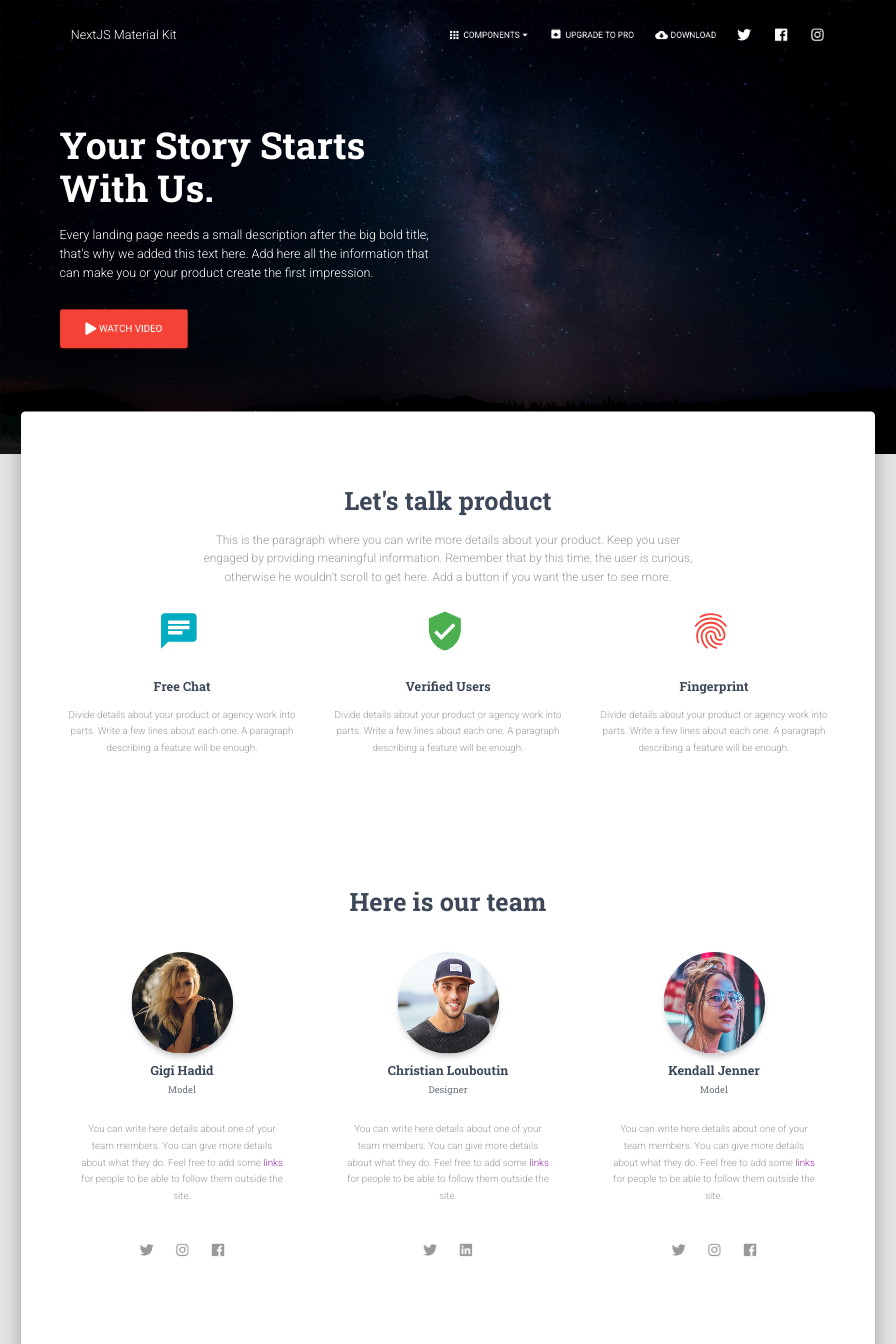
Repository: marcusdashe/bimuan-tech
Page: /
The author's editor kept a copy of each file at every save. The page is drawn from the files as they stood at one save, then again after the next save.
The browser window is 1280 px wide. The pictures show the part of the page from y = 0 to 1920 px (the page is 2679 px tall), at 70% of full size.
Some web libraries are served in a nearby version. The project was rebuilt for these pictures with package versions that can differ from the ones it lists, and the page was loaded fresh each time. The framework's server and built-in components were replaced by stand-ins that run in the browser. Also part of the build but not shown: next.config.js.

Above is the page before, as saved 2023-10-30 13:26:32.

### pages/_app.js
/*!

=========================================================
* NextJS Material Kit v1.2.2 based on Material Kit Free - v2.0.2 (Bootstrap 4.0.0 Final Edition) and Material Kit React v1.8.0
=========================================================

* Product Page: https://www.creative-tim.com/product/nextjs-material-kit
* Copyright 2023 Creative Tim (https://www.creative-tim.com)
* Licensed under MIT (https://github.com/creativetimofficial/nextjs-material-kit/blob/main/LICENSE.md)

* Coded by Creative Tim

=========================================================

* The above copyright notice and this permission notice shall be included in all copies or substantial portions of the Software.

*/
import React from "react";
import App from "next/app";
import Head from "next/head";
import "/styles/scss/nextjs-material-kit.scss?v=1.2.0";

export default class MyApp extends App {
  componentDidMount() {
    let comment = document.createComment(`

=========================================================
* NextJS Material Kit v1.2.2 based on Material Kit Free - v2.0.2 (Bootstrap 4.0.0 Final Edition) and Material Kit React v1.8.0
=========================================================

* Product Page: https://www.creative-tim.com/product/nextjs-material-kit
* Copyright 2023 Creative Tim (https://www.creative-tim.com)
* Licensed under MIT (https://github.com/creativetimofficial/nextjs-material-kit/blob/main/LICENSE.md)

* Coded by Creative Tim

=========================================================

* The above copyright notice and this permission notice shall be included in all copies or substantial portions of the Software.

`);
    document.insertBefore(comment, document.documentElement);
  }
  static async getInitialProps({ Component, router, ctx }) {
    let pageProps = {};

    if (Component.getInitialProps) {
      pageProps = await Component.getInitialProps(ctx);
    }

    return { pageProps };
  }
  render() {
    const { Component, pageProps } = this.props;

    return (
      <React.Fragment>
        <Head>
          <meta
            name="viewport"
            content="width=device-width, initial-scale=1, shrink-to-fit=no"
          />
          <title>Bimuan Technologies</title>
        </Head>
        <Component {...pageProps} />
      </React.Fragment>
    );
  }
}

### pages/index.js
// import React, { Component } from "react";
// import Router from "next/router";

// export default class Index extends Component {
//   componentDidMount = () => {
//     Router.push("/components");
//   };

//   render() {
//     return <div />;
//   }
// }

import React from "react";
// nodejs library that concatenates classes
import classNames from "classnames";
// @material-ui/core components
import { makeStyles } from "@material-ui/core/styles";

// @material-ui/icons

// core components
import Header from "/components/Header/Header.js";
import Footer from "/components/Footer/Footer.js";
import GridContainer from "/components/Grid/GridContainer.js";
import GridItem from "/components/Grid/GridItem.js";
import Button from "/components/CustomButtons/Button.js";
import HeaderLinks from "/components/Header/HeaderLinks.js";
import Parallax from "/components/Parallax/Parallax.js";

import styles from "/styles/jss/nextjs-material-kit/pages/landingPage.js";

// Sections for this page
import ProductSection from "/pages-sections/LandingPage-Sections/ProductSection.js";
import TeamSection from "/pages-sections/LandingPage-Sections/TeamSection.js";
import WorkSection from "/pages-sections/LandingPage-Sections/WorkSection.js";

const dashboardRoutes = [];

const useStyles = makeStyles(styles);

export default function LandingPage(props) {
  const classes = useStyles();
  const { ...rest } = props;
  return (
    <div>
      <Header
        color="transparent"
        routes={dashboardRoutes}
        brand="NextJS Material Kit"
        rightLinks={<HeaderLinks />}
        fixed
        changeColorOnScroll={{
          height: 400,
          color: "white",
        }}
        {...rest}
      />
      <Parallax filter responsive image="/img/landing-bg.jpg">
        <div className={classes.container}>
          <GridContainer>
            <GridItem xs={12} sm={12} md={6}>
              <h1 className={classes.title}>Your Story Starts With Us.</h1>
              <h4>
                Every landing page needs a small description after the big bold
                title, that{"'"}s why we added this text here. Add here all the
                information that can make you or your product create the first
                impression.
              </h4>
              <br />
              <Button
                color="danger"
                size="lg"
                href="https://www.youtube.com/watch?v=dQw4w9WgXcQ&ref=creativetim"
                target="_blank"
                rel="noopener noreferrer"
              >
                <i className="fas fa-play" />
                Watch video
              </Button>
            </GridItem>
          </GridContainer>
        </div>
      </Parallax>
      <div className={classNames(classes.main, classes.mainRaised)}>
        <div className={classes.container}>
          <ProductSection />
          <TeamSection />
          <WorkSection />
        </div>
      </div>
      <Footer />
    </div>
  );
}

### styles/scss/nextjs-material-kit.scss
/*!

=========================================================
* NextJS Material Kit v1.2.2 based on Material Kit Free - v2.0.2 (Bootstrap 4.0.0 Final Edition) and Material Kit React v1.8.0
=========================================================

* Product Page: https://www.creative-tim.com/product/nextjs-material-kit
* Copyright 2023 Creative Tim (https://www.creative-tim.com)
* Licensed under MIT (https://github.com/creativetimofficial/nextjs-material-kit/blob/main/LICENSE.md)

* Coded by Creative Tim

=========================================================

* The above copyright notice and this permission notice shall be included in all copies or substantial portions of the Software.

*/
@import "core/variables";
@import "core/mixins";

// Core Components
@import "core/misc";
@import "core/page-transition";

// Core Plugins

// @import "plugins/plugin-datetime-picker";
@import "plugins/plugin-nouislider";
@import "plugins/plugin-react-datetime";
@import "plugins/plugin-react-slick";

### styles/scss/core/variables/_shadow.scss
// Shadows (originally from mdl http://www.getmdl.io/)
$bmd-shadow-umbra-opacity: 0.2 !default;
$bmd-shadow-penumbra-opacity: 0.14 !default;
$bmd-shadow-ambient-opacity: 0.12 !default;

// Declare the following for reuse with both mixins and the bootstrap variables
$bmd-shadow-focus: 0 0 8px rgba($black, 0.18), 0 8px 16px rgba($black, 0.36);

$bmd-shadow-2dp: 0 2px 2px 0 rgba($black, $bmd-shadow-penumbra-opacity),
  0 3px 1px -2px rgba($black, $bmd-shadow-umbra-opacity),
  0 1px 5px 0 rgba($black, $bmd-shadow-ambient-opacity);

$bmd-shadow-3dp: 0 3px 4px 0 rgba($black, $bmd-shadow-penumbra-opacity),
  0 3px 3px -2px rgba($black, $bmd-shadow-umbra-opacity),
  0 1px 8px 0 rgba($black, $bmd-shadow-ambient-opacity);

$bmd-shadow-4dp: 0 4px 5px 0 rgba($black, $bmd-shadow-penumbra-opacity),
  0 1px 10px 0 rgba($black, $bmd-shadow-ambient-opacity),
  0 2px 4px -1px rgba($black, $bmd-shadow-umbra-opacity);

$bmd-shadow-6dp: 0 6px 10px 0 rgba($black, $bmd-shadow-penumbra-opacity),
  0 1px 18px 0 rgba($black, $bmd-shadow-ambient-opacity),
  0 3px 5px -1px rgba($black, $bmd-shadow-umbra-opacity);

$bmd-shadow-8dp: 0 8px 10px 1px rgba($black, $bmd-shadow-penumbra-opacity),
  0 3px 14px 2px rgba($black, $bmd-shadow-ambient-opacity),
  0 5px 5px -3px rgba($black, $bmd-shadow-umbra-opacity);

$bmd-shadow-16dp: 0 16px 24px 2px rgba($black, $bmd-shadow-penumbra-opacity),
  0 6px 30px 5px rgba($black, $bmd-shadow-ambient-opacity),
  0 8px 10px -5px rgba($black, $bmd-shadow-umbra-opacity);

$bmd-shadow-24dp: 0 9px 46px 8px rgba($black, $bmd-shadow-penumbra-opacity),
  0 11px 15px -7px rgba($black, $bmd-shadow-ambient-opacity),
  0 24px 38px 3px rgba($black, $bmd-shadow-umbra-opacity);

### styles/scss/core/variables/_functions.scss
// Bootstrap functions
//
// Utility mixins and functions for evalutating source code across our variables, maps, and mixins.

// Ascending
// Used to evaluate Sass maps like our grid breakpoints.
@mixin _assert-ascending($map, $map-name) {
  $prev-key: null;
  $prev-num: null;
  @each $key, $num in $map {
    @if $prev-num == null {
      // Do nothing
    } @else if not comparable($prev-num, $num) {
      @warn "Potentially invalid value for #{$map-name}: This map must be in ascending order, but key '#{$key}' has value #{$num} whose unit makes it incomparable to #{$prev-num}, the value of the previous key '#{$prev-key}' !";
    } @else if $prev-num >= $num {
      @warn "Invalid value for #{$map-name}: This map must be in ascending order, but key '#{$key}' has value #{$num} which isn't greater than #{$prev-num}, the value of the previous key '#{$prev-key}' !";
    }
    $prev-key: $key;
    $prev-num: $num;
  }
}

// Starts at zero
// Another grid mixin that ensures the min-width of the lowest breakpoint starts at 0.
@mixin _assert-starts-at-zero($map) {
  $values: map-values($map);
  $first-value: nth($values, 1);
  @if $first-value != 0 {
    @warn "First breakpoint in `$grid-breakpoints` must start at 0, but starts at #{$first-value}.";
  }
}

// Replace `$search` with `$replace` in `$string`
// Used on our SVG icon backgrounds for custom forms.
//
// @author Hugo Giraudel
// @param {String} $string - Initial string
// @param {String} $search - Substring to replace
// @param {String} $replace ('') - New value
// @return {String} - Updated string
@function str-replace($string, $search, $replace: "") {
  $index: str-index($string, $search);

  @if $index {
    @return str-slice($string, 1, $index - 1) + $replace +
      str-replace(
        str-slice($string, $index + str-length($search)),
        $search,
        $replace
      );
  }

  @return $string;
}

// Color contrast
@function color-yiq($color) {
  $r: red($color);
  $g: green($color);
  $b: blue($color);

  $yiq: (($r * 299) + ($g * 587) + ($b * 114)) / 1000;

  @if ($yiq >= $yiq-contrasted-threshold) {
    @return $yiq-text-dark;
  } @else {
    @return $yiq-text-light;
  }
}

// Retrieve color Sass maps
@function color($key: "blue") {
  @return map-get($colors, $key);
}

@function theme-color($key: "primary") {
  @return map-get($theme-colors, $key);
}

@function gray($key: "100") {
  @return map-get($grays, $key);
}

// Request a theme color level
@function theme-color-level($color-name: "primary", $level: 0) {
  $color: theme-color($color-name);
  $color-base: if($level > 0, #000, #fff);
  $level: abs($level);

  @return mix($color-base, $color, $level * $theme-color-interval);
}

### styles/scss/core/mixins/_colored-shadows.scss
@mixin shadow-big() {
  box-shadow: 0 16px 38px -12px rgba(0, 0, 0, $bmd-shadow-penumbra-opacity * 4),
    0 4px 25px 0px rgba(0, 0, 0, $bmd-shadow-ambient-opacity),
    0 8px 10px -5px rgba(0, 0, 0, $bmd-shadow-umbra-opacity);
}

@mixin shadow-big-image() {
  // new box shadow optimized for Tables and Phones
  box-shadow: 0 5px 15px -8px rgba(0, 0, 0, $bmd-shadow-ambient-opacity * 2),
    0 8px 10px -5px rgba(0, 0, 0, $bmd-shadow-umbra-opacity);
}

@mixin shadow-big-navbar() {
  box-shadow: 0 10px 20px -12px rgba(0, 0, 0, $bmd-shadow-penumbra-opacity * 3),
    0 3px 20px 0px rgba(0, 0, 0, $bmd-shadow-ambient-opacity),
    0 8px 10px -5px rgba(0, 0, 0, $bmd-shadow-umbra-opacity);
}

@mixin shadow-big-color($color) {
  // new box shadow optimized for Tables and Phones
  box-shadow: 0 5px 20px 0px rgba(0, 0, 0, 0.2),
    0 13px 24px -11px rgba($color, 0.6);
}

@mixin shadow-small-color($color) {
  // new box shadow optimized for Tablets and Phones
  box-shadow: 0 4px 20px 0px rgba(0, 0, 0, 0.14),
    0 7px 10px -5px rgba($color, 0.4);
}

@mixin shadow-navbar-color($color) {
  // new box shadow optimized for Tablets and Phones

  @if ($color == $white-color) {
    box-shadow: 0 4px 18px 0px rgba(0, 0, 0, 0.12),
      0 7px 10px -5px rgba(0, 0, 0, 0.15);
  } @else {
    box-shadow: 0 4px 20px 0px rgba(0, 0, 0, 0.14),
      0 7px 12px -5px rgba($color, 0.46);
  }
}

@mixin shadow-2dp() {
  box-shadow: 0 2px 2px 0 rgba(0, 0, 0, $bmd-shadow-penumbra-opacity),
    0 3px 1px -2px rgba(0, 0, 0, $bmd-shadow-ambient-opacity),
    0 1px 5px 0 rgba(0, 0, 0, $bmd-shadow-umbra-opacity);
}

@mixin shadow-4dp() {
  box-shadow: 0 4px 5px 0 rgba(0, 0, 0, $bmd-shadow-penumbra-opacity),
    0 1px 10px 0 rgba(0, 0, 0, $bmd-shadow-ambient-opacity),
    0 2px 4px -1px rgba(0, 0, 0, $bmd-shadow-umbra-opacity);
}

@mixin shadow-6dp() {
  box-shadow: 0 6px 10px 0 rgba(0, 0, 0, $bmd-shadow-penumbra-opacity),
    0 1px 18px 0 rgba(0, 0, 0, $bmd-shadow-ambient-opacity),
    0 3px 5px -1px rgba(0, 0, 0, $bmd-shadow-umbra-opacity);
}

@mixin shadow-8dp() {
  box-shadow: 0 8px 10px 1px rgba(0, 0, 0, $bmd-shadow-penumbra-opacity),
    0 3px 14px 2px rgba(0, 0, 0, $bmd-shadow-ambient-opacity),
    0 5px 5px -3px rgba(0, 0, 0, $bmd-shadow-umbra-opacity);
}

@mixin shadow-16dp() {
  box-shadow: 0 16px 24px 2px rgba(0, 0, 0, $bmd-shadow-penumbra-opacity),
    0 6px 30px 5px rgba(0, 0, 0, $bmd-shadow-ambient-opacity),
    0 8px 10px -5px rgba(0, 0, 0, $bmd-shadow-umbra-opacity);
}

@mixin shadow-2dp-color($color) {
  box-shadow: 0 2px 2px 0 rgba($color, $bmd-shadow-penumbra-opacity),
    0 3px 1px -2px rgba($color, $bmd-shadow-umbra-opacity),
    0 1px 5px 0 rgba($color, $bmd-shadow-ambient-opacity);
}

@mixin shadow-4dp-color($color) {
  box-shadow: 0 4px 5px 0 rgba($color, $bmd-shadow-penumbra-opacity),
    0 1px 10px 0 rgba($color, $bmd-shadow-ambient-opacity),
    0 2px 4px -1px rgba($color, $bmd-shadow-umbra-opacity);
}

@mixin shadow-8dp-color($color) {
  box-shadow: 0 8px 10px 1px rgba($color, $bmd-shadow-penumbra-opacity),
    0 3px 14px 2px rgba(0, 0, 0, $bmd-shadow-ambient-opacity),
    0 5px 5px -3px rgba($color, $bmd-shadow-umbra-opacity);
}

@mixin shadow-16dp-color($color) {
  box-shadow: 0 16px 24px 2px rgba($color, $bmd-shadow-penumbra-opacity),
    0 6px 30px 5px rgba(0, 0, 0, $bmd-shadow-ambient-opacity),
    0 8px 10px -5px rgba($color, $bmd-shadow-umbra-opacity);
}

@mixin button-shadow-color($color) {
  box-shadow: 0 14px 26px -12px rgba($color, $bmd-shadow-penumbra-opacity * 3),
    0 4px 23px 0px rgba(0, 0, 0, $bmd-shadow-ambient-opacity),
    0 8px 10px -5px rgba($color, $bmd-shadow-umbra-opacity);
}

@mixin shadow-z-1() {
  box-shadow: 0 1px 6px 0 rgba(0, 0, 0, 0.12), 0 1px 6px 0 rgba(0, 0, 0, 0.12);
}

@mixin shadow-z-1-hover() {
  box-shadow: 0 5px 11px 0 rgba(0, 0, 0, 0.18), 0 4px 15px 0 rgba(0, 0, 0, 0.15);
}

@mixin shadow-z-2() {
  box-shadow: 0 8px 17px 0 rgba(0, 0, 0, 0.2), 0 6px 20px 0 rgba(0, 0, 0, 0.19);
}

@mixin shadow-z-3() {
  box-shadow: 0 12px 15px 0 rgba(0, 0, 0, 0.24),
    0 17px 50px 0 rgba(0, 0, 0, 0.19);
}

@mixin shadow-z-4() {
  box-shadow: 0 16px 28px 0 rgba(0, 0, 0, 0.22),
    0 25px 55px 0 rgba(0, 0, 0, 0.21);
}

@mixin shadow-z-5() {
  box-shadow: 0 27px 24px 0 rgba(0, 0, 0, 0.2),
    0 40px 77px 0 rgba(0, 0, 0, 0.22);
}

### styles/scss/core/_misc.scss
html * {
  -webkit-font-smoothing: antialiased;
  -moz-osx-font-smoothing: grayscale;
}
body {
  font-size: 1rem;
}
body,
h1,
h2,
h3,
h4,
h5,
h6 {
  font-family: "Roboto", "Helvetica", "Arial", sans-serif;
  font-weight: 300;
  line-height: 1.5em;
}
h1,
h2,
h3,
h4,
h5,
h6 {
  color: inherit;
}
h1,
h2,
h3 {
  margin-top: 20px;
  margin-bottom: 10px;
}
h4,
h5,
h6 {
  margin-top: 10px;
  margin-bottom: 10px;
}
h1 {
  font-size: 3.3125rem;
  line-height: 1.15em;
}
h2 {
  font-size: 2.25rem;
  line-height: 1.5em;
}
h3 {
  font-size: 1.5625rem;
  line-height: 1.4em;
}
h4 {
  font-size: 1.125rem;
  line-height: 1.5em;
}
h5 {
  font-size: 1.0625rem;
  line-height: 1.55em;
}
h6 {
  font-size: 0.75rem;
  text-transform: uppercase;
  font-weight: 500;
}
p {
  font-size: 14px;
  margin: 0 0 10px;
}
html {
  font-family: sans-serif;
  line-height: 1.15;
  -webkit-text-size-adjust: 100%;
  -ms-text-size-adjust: 100%;
  -ms-overflow-style: scrollbar;
  -webkit-tap-highlight-color: transparent;
}
body {
  background-color: #e5e5e5;
  color: $black-color;
  margin: 0;
  font-size: 1rem;
  text-align: left;
}

legend {
  border-bottom: 0;
}

// Prevent highlight on mobile
* {
  -webkit-tap-highlight-color: rgba(255, 255, 255, 0);
  -webkit-tap-highlight-color: transparent;
  box-sizing: border-box;
  &:focus {
    outline: 0;
  }
}

a {
  color: $link-color;
  text-decoration: none;
  background-color: transparent;
  &:hover,
  &:focus {
    color: darken($link-color, 5%);
    text-decoration: none;
  }
}

label {
  font-size: 14px;
  line-height: 1.42857;
  color: $checkboxes-text-color;
  font-weight: 400;
}
small {
  font-size: 75%;
  color: #777;
  font-weight: 400;
}
img {
  vertical-align: middle;
  border-style: none;
}
form {
  margin-bottom: 1.125rem;
}

Loaded but not shown: styles/scss/core/_variables.scss (common file); styles/scss/core/variables/_bootstrap-material-design-base.scss (common file); styles/scss/core/variables/_brand.scss (common file); styles/scss/core/variables/_bootstrap-material-design.scss (common file); styles/scss/core/_mixins.scss (common file); styles/scss/core/_page-transition.scss (common file); styles/scss/plugins/_plugin-nouislider.scss (common file); styles/scss/plugins/_plugin-react-datetime.scss (common file); styles/scss/plugins/_plugin-react-slick.scss (common file); styles/jss/nextjs-material-kit/components/cardStyle.js (common file); styles/jss/nextjs-material-kit/components/cardBodyStyle.js (common file); styles/jss/nextjs-material-kit/components/cardFooterStyle.js (common file); styles/jss/nextjs-material-kit/components/buttonStyle.js (385 lines, source omitted); pages-sections/LandingPage-Sections/TeamSection.js (171 lines, source omitted); styles/jss/nextjs-material-kit.js (266 lines, source omitted); components/CustomDropdown/CustomDropdown.js (198 lines, source omitted); components/Header/Header.js (156 lines, source omitted); components/Header/HeaderLinks.js (131 lines, source omitted); styles/jss/nextjs-material-kit/components/customDropdownStyle.js (188 lines, source omitted); styles/jss/nextjs-material-kit/components/headerStyle.js (165 lines, source omitted); components/Footer/Footer.js (91 lines, source omitted); styles/jss/nextjs-material-kit/components/headerLinksStyle.js (125 lines, source omitted); pages-sections/LandingPage-Sections/ProductSection.js (67 lines, source omitted); pages/_document.js (92 lines, source omitted); components/CustomInput/CustomInput.js (91 lines, source omitted); pages-sections/LandingPage-Sections/WorkSection.js (71 lines, source omitted); components/Parallax/Parallax.js (69 lines, source omitted); components/CustomButtons/Button.js (84 lines, source omitted); styles/jss/nextjs-material-kit/components/customInputStyle.js (89 lines, source omitted); components/InfoArea/InfoArea.js (56 lines, source omitted); styles/jss/nextjs-material-kit/components/footerStyle.js (59 lines, source omitted); styles/jss/nextjs-material-kit/components/infoStyle.js (68 lines, source omitted); components/Card/Card.js (36 lines, source omitted); styles/jss/nextjs-material-kit/imagesStyles.js (44 lines, source omitted); components/Card/CardFooter.js (32 lines, source omitted); components/Card/CardBody.js (32 lines, source omitted); styles/jss/nextjs-material-kit/pages/landingPageSections/teamStyle.js (47 lines, source omitted); components/Grid/GridItem.js (38 lines, source omitted); components/Grid/GridContainer.js (36 lines, source omitted); styles/jss/nextjs-material-kit/pages/landingPage.js (36 lines, source omitted); styles/jss/nextjs-material-kit/components/parallaxStyle.js (40 lines, source omitted); styles/jss/nextjs-material-kit/tooltipsStyle.js (29 lines, source omitted); styles/jss/nextjs-material-kit/pages/landingPageSections/workStyle.js (28 lines, source omitted); styles/jss/nextjs-material-kit/pages/landingPageSections/productStyle.js (20 lines, source omitted); styles/scss/core/variables/_variables.scss (945 lines, source omitted); styles/scss/core/variables/_colors.scss (315 lines, source omitted)

After the next save:
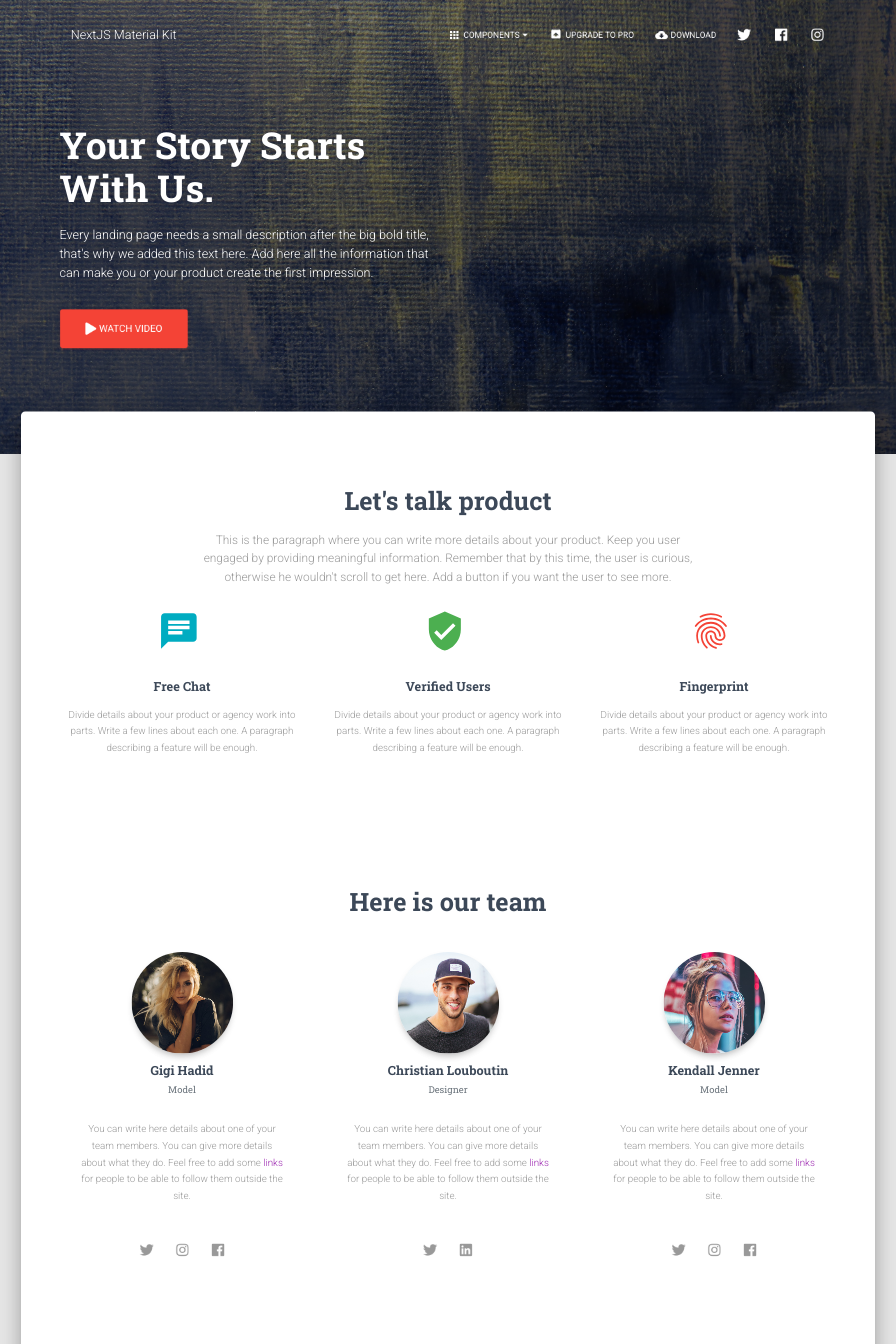
Saved 10 min 37 s later.
--- a/pages/index.js
+++ b/pages/index.js
@@ -56,7 +56,7 @@
         }}
         {...rest}
       />
-      <Parallax filter responsive image="/img/landing-bg.jpg">
+      <Parallax filter responsive image="/img/hero.jpg">
         <div className={classes.container}>
           <GridContainer>
             <GridItem xs={12} sm={12} md={6}>
